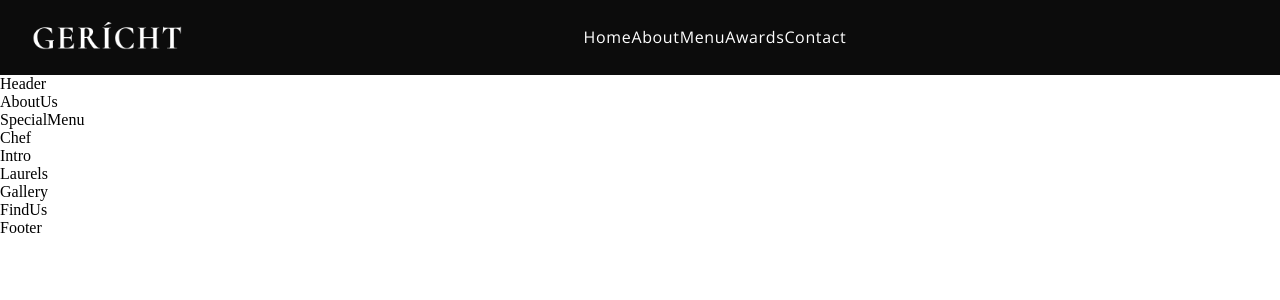
Repository: Isanderr/react-restaurant-page
Page: /
An editor plug-in stored every save of this project. The page is shown before and after the next save, followed by the edit.
The browser window is 1280 px wide. The pictures show the whole page.
Some web fonts or font styles are not loaded; a fallback is used. The project was rebuilt for these pictures with package versions that can differ from the ones it lists, and the page was loaded fresh each time. Also part of the build but not shown: src/components/SubHeading/SubHeading.jsx, src/components/Footer/Newsletter.jsx, src/components/Footer/FooterOverlay.jsx, src/components/Menuitem/MenuItem.jsx.

Above is the page before, as saved 2022-05-21 14:12:31.

After the next save:
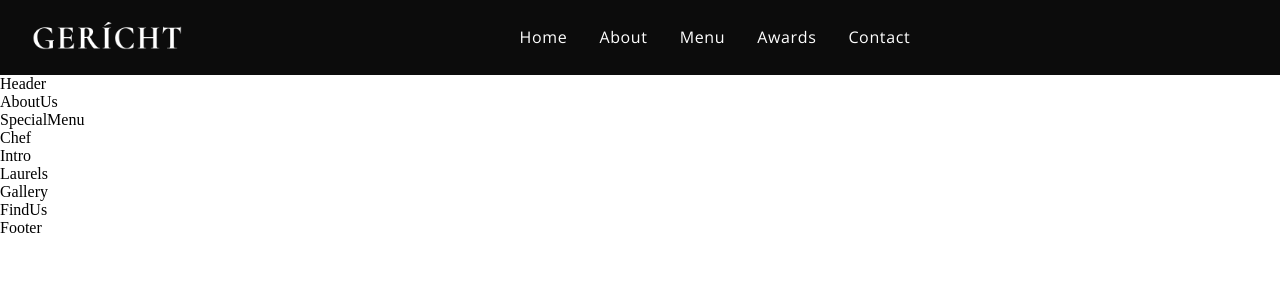
Saved 22 s later.
--- a/src/components/Navbar/Navbar.css
+++ b/src/components/Navbar/Navbar.css
@@ -25,7 +25,7 @@
 
     list-style: none;
 }
-.app__navbar-link li{
+.app__navbar-links li{
     margin: 0 1rem;
     cursor: pointer;
 }
